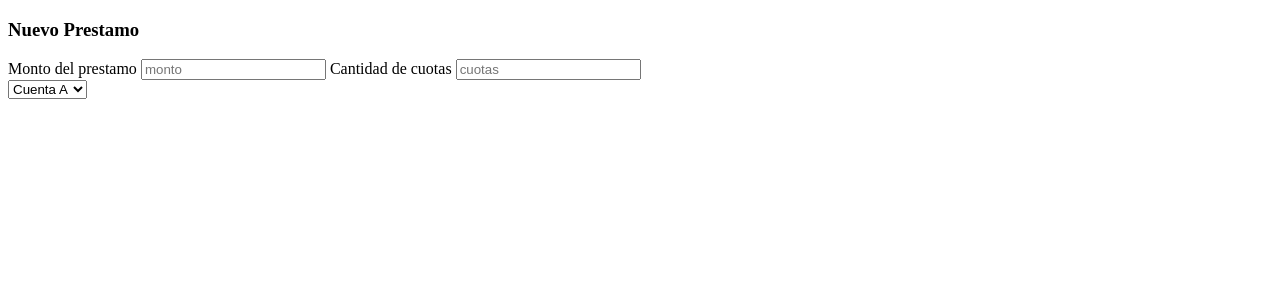
Repository: oskiman18/TP-Final
Page: http://localhost/Tp_integrador_grupo_2/pedir_prestamo.jsp
The author's editor kept a copy of each file at every save. The page is drawn from the files as they stood at one save, then again after the next save.
The browser window is 1280 px wide. The pictures show the whole page.
The page is served by Tomcat 9.

Above is the page before, as saved 2021-06-24 21:29:52.

### Tp_integrador_grupo_2/src/main/webapp/pedir_prestamo.jsp
<%@ page language="java" contentType="text/html; charset=ISO-8859-1"
    pageEncoding="ISO-8859-1"%>
<!DOCTYPE html>
<html>
<head>
<meta charset="ISO-8859-1">
<title> Nuevo Prestamo </title>
</head>

	<body>
	<h3>Nuevo Prestamo</h3>
			<div>
				<label for='monto'>Monto del prestamo</label>
				<input name='monto' type='number' placeholder='monto'>

				<label for='cuotas'>Cantidad de cuotas</label>
				<input name='cuotas' type='number' placeholder='cuotas'>
			</div>

			<div>
				<select>
					<option value='1'>Cuenta A</option>
					<option value='2'> Cuenta B </option>
					<option value='3'> Cuenta C </option>
				</select>
			</div>
	</body>

</html>

After the next save:
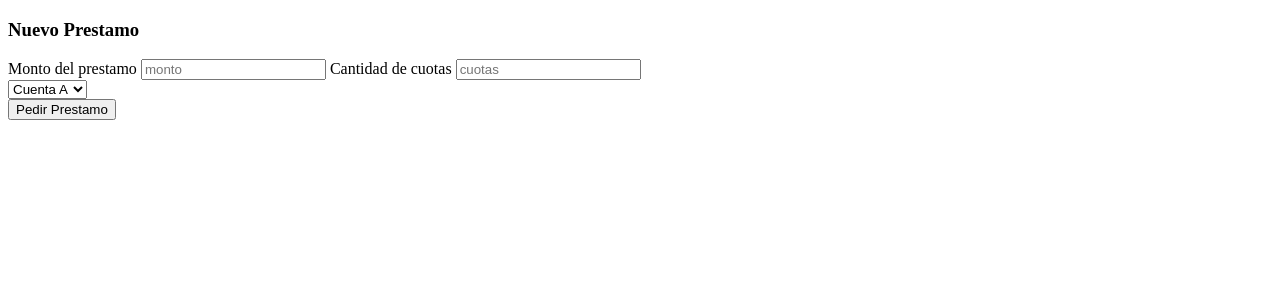
Saved 33 s later.
--- a/Tp_integrador_grupo_2/src/main/webapp/pedir_prestamo.jsp
+++ b/Tp_integrador_grupo_2/src/main/webapp/pedir_prestamo.jsp
@@ -9,6 +9,11 @@
 
 	<body>
 	<h3>Nuevo Prestamo</h3>
+
+
+		<form action='home.jsp'>
+
+
 			<div>
 				<label for='monto'>Monto del prestamo</label>
 				<input name='monto' type='number' placeholder='monto'>
@@ -24,6 +29,9 @@
 					<option value='3'> Cuenta C </option>
 				</select>
 			</div>
+			<input type='submit' value='Pedir Prestamo'>
+		</form>
+	</body>
 	</body>
 
 </html>
